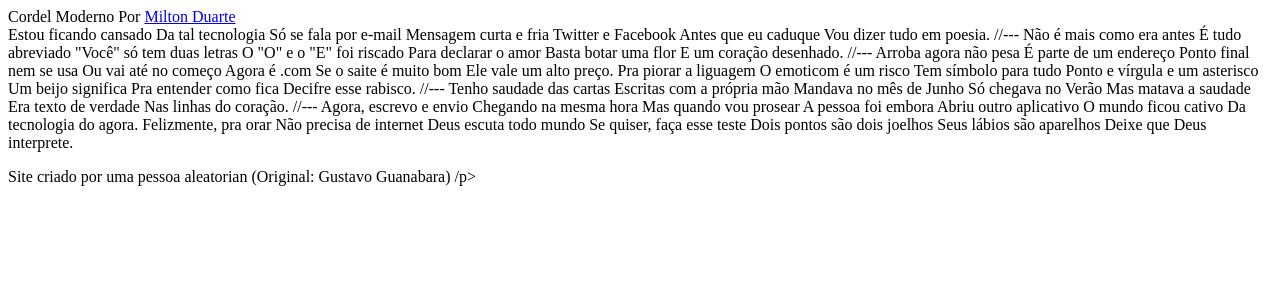
Repository: Codigo404q/html-css
Page: AHAHAHAHAHAHAHHHHHHHHHAHAHAHAHAHAHHAHAH/d012/index.html
An editor plug-in stored every save of this project. The page is shown before and after the next save, followed by the edit.
The browser window is 1280 px wide. The pictures show the whole page.

Above is the page before, as saved 2024-01-07 22:22:12.

### AHAHAHAHAHAHAHHHHHHHHHAHAHAHAHAHAHHAHAH/d012/index.html
<!DOCTYPE html>
<html lang="pt-br">
<head>
    <meta charset="UTF-8">
    <meta name="viewport" content="width=device-width, initial-scale=1.0">
    <title>Codel moderno</title>
</head>
<body>
        <header>
            Cordel Moderno
            Por <a href="https://www.recantodasletras.com.br/poesias/3186743" target="_blank">Milton Duarte</a>

        </header>

    Estou ficando cansado
    Da tal tecnologia
    Só se fala por e-mail
    Mensagem curta e fria
    Twitter e Facebook
    Antes que eu caduque
    Vou dizer tudo em poesia.

    //---

    Não é mais como era antes
    É tudo abreviado
    "Você" só tem duas letras
    O "O" e o "E" foi riscado
    Para declarar o amor
    Basta botar uma flor
    E um coração desenhado.

    //---

    Arroba agora não pesa
    É parte de um endereço
    Ponto final nem se usa
    Ou vai até no começo
    Agora é .com
    Se o saite é muito bom
    Ele vale um alto preço.

    Pra piorar a liguagem
    O emoticom é um risco
    Tem símbolo para tudo
    Ponto e vírgula e um asterisco
    Um beijo significa
    Pra entender como fica
    Decifre esse rabisco.

    //---

    Tenho saudade das cartas
    Escritas com a própria mão
    Mandava no mês de Junho
    Só chegava no Verão
    Mas matava a saudade
    Era texto de verdade
    Nas linhas do coração.

    //---

    Agora, escrevo e envio
    Chegando na mesma hora
    Mas quando vou prosear
    A pessoa foi embora
    Abriu outro aplicativo
    O mundo ficou cativo
    Da tecnologia do agora.

    Felizmente, pra orar
    Não precisa de internet
    Deus escuta todo mundo
    Se quiser, faça esse teste
    Dois pontos são dois joelhos
    Seus lábios são aparelhos
    Deixe que Deus interprete.

    <footer>
        <p>Site criado por uma pessoa aleatorian (Original: Gustavo Guanabara) /p>
    </footer>
</body>
</html>

After the next save:
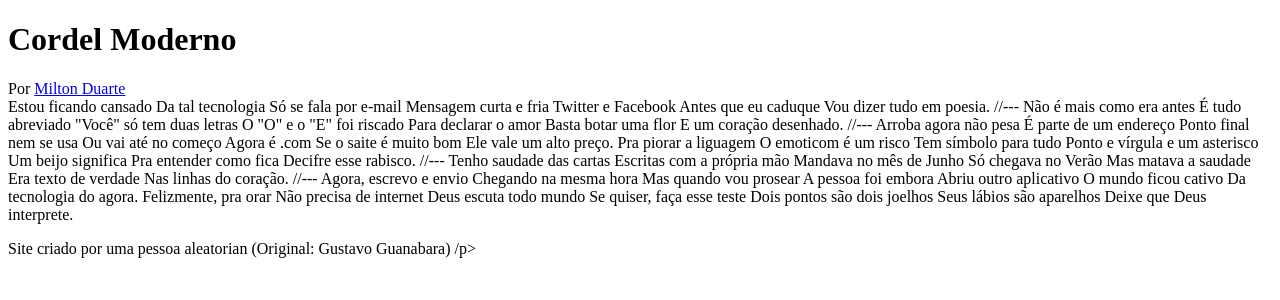
Saved 13 s later.
--- a/AHAHAHAHAHAHAHHHHHHHHHAHAHAHAHAHAHHAHAH/d012/index.html
+++ b/AHAHAHAHAHAHAHHHHHHHHHAHAHAHAHAHAHHAHAH/d012/index.html
@@ -7,7 +7,7 @@
 </head>
 <body>
         <header>
-            Cordel Moderno
+            <h1>Cordel Moderno</h1>
             Por <a href="https://www.recantodasletras.com.br/poesias/3186743" target="_blank">Milton Duarte</a>
 
         </header>
